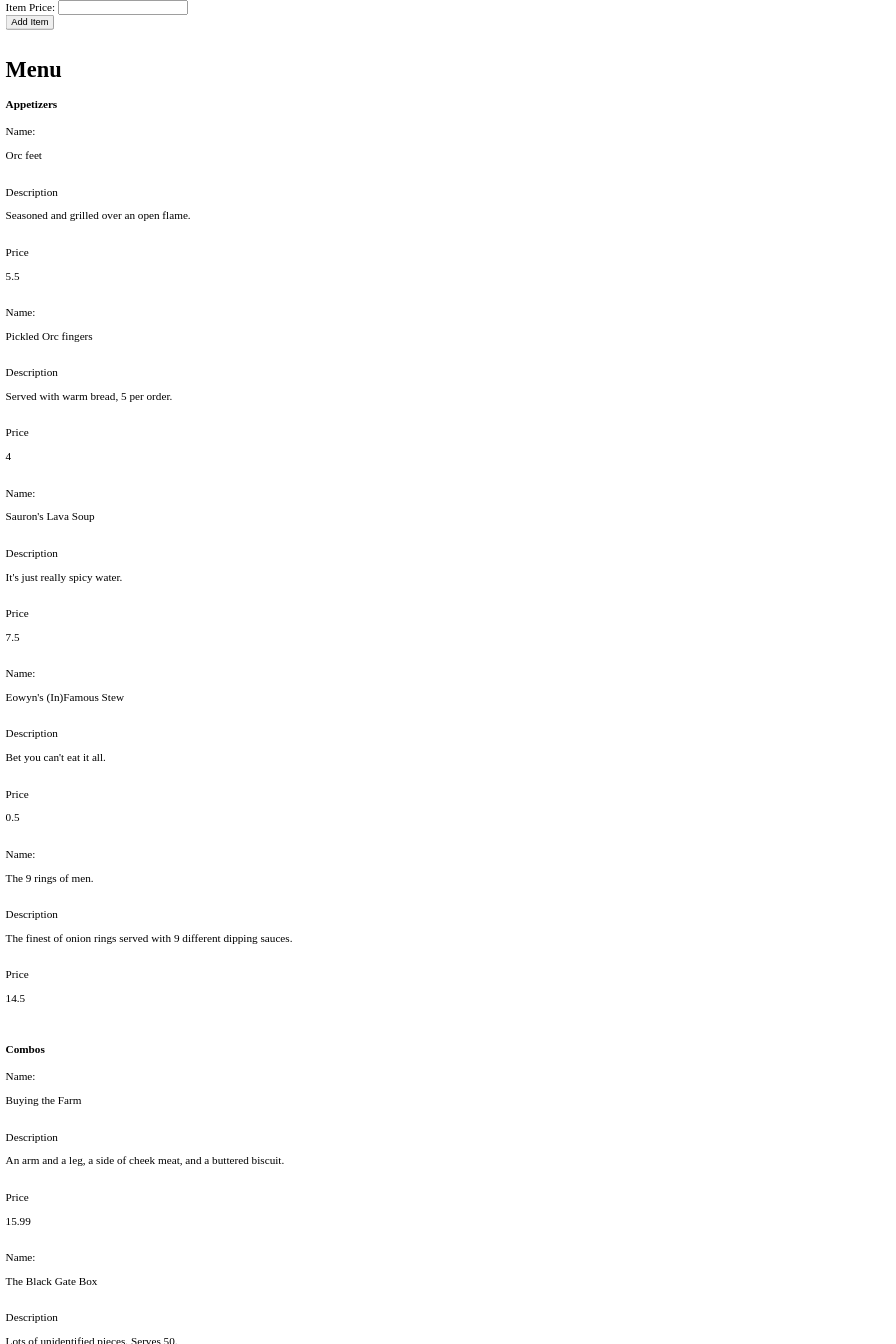
Repository: hudaali14/Carleton
Page: http://localhost/restaurants/0
The author's editor kept a copy of each file at every save. The page is drawn from the files as they stood at one save, then again after the next save.
The browser window is 1280 px wide. The pictures show the part of the page from y = 556 to 2476 px (the page is 4476 px tall before and 3680 px after), at 70% of full size.
The page is served by the project's Node server (server.js).

Above is the page before, as saved 2020-03-12 18:35:55.

### 2406/Assignments/Assignment3 (100)/views/pages/restaurantpage.pug
html
    head
        title  You Want Food?
body
    include ../partials/header

    h1 Restaurant Info
    p Restaurant ID: #{restaurant.id}
    | Restaurant Name:
    input(type= "text", id="restaurantnamepage", value = restaurant.name)
    br
    br
    | Restaurant Min Order:
    input(type= "text", id="restaurantname", value = restaurant.min_order)
    br
    br
    | Delivery Fee:
    input(type= "text", id="restaurantname", value = restaurant.delivery_fee)
    br
    br

    h1 Add Category:
    br
    | Category Name:
    input(type= "text", id="restaurantname")
    br

    button(type="button", id="submitbutton") Add Category


    h1 Add Item:
    br
    | Select Category:
    - let menu = Object.keys(restaurant.menu);
    select
        each category in menu
            option=category
    br
    | Item Name:
    input(type= "text", id="restaurantnamepage")
    br
    | Item Description:
    input(type= "text", id="restaurantname")
    br
    | Item Price:
    input(type= "text", id="restaurantname")
    br
    button(type="button", id="additembutton") Add Item
    br
    br

    h1 Menu

    each category in menu
        h4 #{category}
        - let items = Object.keys(restaurant.menu[category])
        each id in items
            - let item = restaurant.menu[category][id];
            | Name:
            p #{item.name}
            br
            | Description
            p #{item.description}
            br
            | Price
            p #{item.price}
            br

### 2406/Assignments/Assignment3 (100)/views/partials/header.pug
div#header
	a(href="/") Home
	|
	a(href="/addrestaurant") Add Restuarant
	|
	a(href="/restaurants") Browse Restaurants
	|

### 2406/Assignments/Assignment3 (100)/server.js
const express = require('express');
const fs = require("fs");
let app = express();


app.set("view engine", "pug");
app.use(express.json())

// app.use(bodyParser.json());
// app.use(bodyParser.urlencoded({ extended: true }));

let restaurants = [];
let restaurantNames = {names: []};
let restaurantIDs = {restaurants: []};
let id = 0;

//Reads all files in restaurant directory
fs.readdir("./restaurants/", function(err, filenames) {
    if (err) {
        response.statusCode = 500;
        response.end("Error reading file.");
        return;
    }
    filenames.forEach(function(filename) {
        fs.readFile("./restaurants/" + filename, 'utf-8', function(err, content) {
            if (err) {
                response.statusCode = 500;
                response.end("Error reading file.");
                return;
			}
            //Saves files to restaurant array
            let res = JSON.parse(content);
			restaurants[res.id] = res;
			//Saves names in restuarantNames array
            restaurantNames.names.push({name: restaurants[res.id].name, id: restaurants[res.id].id});
            restaurantIDs.restaurants.push(restaurants[res.id].id);
            id++;
		});
    });
});

app.get("/", setPage);
app.get("/restaurants", getRestaurants);
app.get("/addrestaurant", addRestaurant);
app.get("/client.js", getClient);
app.get("/restaurants/:restID", getRestaurantId);
app.post("/restaurants", createRestaurant);


function setPage(req, res, next){
    res.format({
        "text/html": function(){
            res.status(200).render("pages/home");
        }
    });
}

function getRestaurants(req, res, next){
    res.format({
        "text/html": function(){
            res.status(200).render("pages/restaurants", {restaurantNames: restaurantNames.names});
        },
        "application/json": function(){
            res.status(200).json(restaurantIDs);
        }
    });
}

function addRestaurant(req, res, next){
    res.format({
        "text/html": function(){
            res.status(200).render("pages/addrestaurant");
        }
    });
}

function getClient(req, res, next){
    fs.readFile("client.js", function(err, data){
        if(err){
            res.statusCode = 500;
            res.end("Error reading file.");
            return;
        }
        res.status(200).send(data);
        return;
    });
}

function createRestaurant(req, res, next){
    res.format({
        "application/json": function(){
            let restaurant = {};
            restaurant.id = id;
            id++;
            restaurant.name = req.body.name;
            restaurant.delivery_fee = parseInt(req.body.delivery_fee);
            restaurant.min_order= parseInt(req.body.min_order);
            restaurant.menu = {};
            restaurants[restaurant.id] = restaurant;
            res.status(200).json(restaurant);

        }
    });
}

function getRestaurantId(req, res, next){
    let resid = req.url.split("/");
    res.format({
        "text/html": function(){
            res.status(200).render("pages/restaurantpage", {restaurant: restaurants[resid[2]]});
        },
        "application/json": function(){
            res.status(200).json(restaurants[resid[2]]);
        }
    });
}

app.listen(3000);
console.log("Server listening at http://localhost:3000");

### 2406/Assignments/Assignment3 (100)/restaurants/aragorn.json
{
  "id": 0,
  "name": "Aragorn's Orc BBQ",
  "min_order": 20,
  "delivery_fee": 5,
  "menu": {
    "Appetizers": {
      "0": {
        "name": "Orc feet",
        "description": "Seasoned and grilled over an open flame.",
        "price": 5.5
      },
      "1": {
        "name": "Pickled Orc fingers",
        "description": "Served with warm bread, 5 per order.",
        "price": 4
      },
      "2": {
        "name": "Sauron's Lava Soup",
        "description": "It's just really spicy water.",
        "price": 7.5
      },
      "3": {
        "name": "Eowyn's (In)Famous Stew",
        "description": "Bet you can't eat it all.",
        "price": 0.5
      },
      "4": {
        "name": "The 9 rings of men.",
        "description": "The finest of onion rings served with 9 different dipping sauces.",
        "price": 14.5
      }
    },
    "Combos": {
      "5": {
        "name": "Buying the Farm",
        "description": "An arm and a leg, a side of cheek meat, and a buttered biscuit.",
        "price": 15.99
      },
      "6": {
        "name": "The Black Gate Box",
        "description": "Lots of unidentified pieces. Serves 50.",
        "price": 65
      },
      "7": {
        "name": "Mount Doom Roast Special with Side of Precious Onion Rings.",
        "description": "Smeagol's favorite.",
        "price": 15.75
      },
      "8": {
        "name": "Morgoth's Scorched Burgers with Chips",
        "description": "Blackened beyond recognition.",
        "price": 13.33
      },
      "10": {
        "name": "Slab of Lurtz Meat with Greens.",
        "description": "Get it while supplies last.",
        "price": 17.5
      },
      "11": {
        "name": "Rangers Field Feast.",
        "description": "Is it chicken? Is it rabbit? Or...",
        "price": 5.99
      }
    },
    "Drinks": {
      "12": {
        "name": "Orc's Blood Mead",
        "description": "It's actually raspberries - Orc's blood would be gross.",
        "price": 5.99
      },
      "13": {
        "name": "Gondorian Grenache",
        "description": "A fine rose wine.",
        "price": 7.99
      },
      "14": {
        "name": "Mordor Mourvedre",
        "description": "A less-fine rose wine.",
        "price": 5.99
      }
    }
  }
}

### 2406/Assignments/Assignment3 (100)/restaurants/frodo.json
{
  "id": 2,
  "name": "Frodo's Flapjacks",
  "min_order": 35,
  "delivery_fee": 6,
  "menu": {
    "Breakfast": {
      "0": {
        "name": "Hobbit Hash",
        "description": "Five flapjacks, potatoes, leeks, garlic, cheese.",
        "price": 9
      },
      "1": {
        "name": "The Full Flapjack Breakfast",
        "description": "Eight flapjacks, two sausages, 3 eggs, 4 slices of bacon, beans, and a coffee.",
        "price": 14
      },
      "2": {
        "name": "Southfarthing Slammer",
        "description": "15 flapjacks and 2 pints of syrup.",
        "price": 12
      }
    },
    "Second Breakfast": {
      "3": {
        "name": "Beorning Breakfast",
        "description": "6 flapjacks smothers in honey.",
        "price": 7.5
      },
      "4": {
        "name": "Shire Strawberry Special",
        "description": "6 flapjacks and a hearty serving of strawberry jam.",
        "price": 8
      },
      "5": {
        "name": "Buckland Blackberry Breakfast",
        "description": "6 flapjacks covered in fresh blackberries. Served with a large side of sausage.",
        "price": 14.99
      }
    },
    "Elevenses": {
      "6": {
        "name": "Lembas",
        "description": "Three pieces of traditional Elvish Waybread",
        "price": 7.7
      },
      "7": {
        "name": "Muffins of the Marish",
        "description": "A variety of 8 different types of muffins, served with tea.",
        "price": 9
      },
      "8": {
        "name": "Hasty Hobbit Hash",
        "description": "Potatoes with onions and cheese. Served with coffee.",
        "price": 5
      }
    },
    "Luncheon": {
      "9": {
        "name": "Shepherd's Pie",
        "description": "A classic. Includes 3 pies.",
        "price": 15.99
      },
      "10": {
        "name": "Roast Pork",
        "description": "An entire pig slow-roasted over a fire.",
        "price": 27.99
      },
      "11": {
        "name": "Fish and Chips",
        "description": "Fish - fried. Chips - nice and crispy.",
        "price": 5.99
      }
    },
    "Afternoon Tea": {
      "12": {
        "name": "Tea",
        "description": "Served with sugar and cream.",
        "price": 3
      },
      "13": {
        "name": "Coffee",
        "description": "Served with sugar and cream.",
        "price": 3.5
      },
      "14": {
        "name": "Cookies and Cream",
        "description": "A dozen cookies served with a vat of cream.",
        "price": 15.99
      },
      "15": {
        "name": "Mixed Berry Pie",
        "description": "Fresh baked daily.",
        "price": 7
      }
    },
    "Dinner": {
      "16": {
        "name": "Po-ta-to Platter",
        "description": "Boiled. Mashed. Stuck in a stew.",
        "price": 6
      },
      "17": {
        "name": "Bree and Apple",
        "description": "One wheel of brie with slices of apple.",
        "price": 7.99
      },
      "18": {
        "name": "Maggot's Mushroom Mashup",
        "description": "It sounds disgusting, but its pretty good",
        "price": 6.5
      },
      "19": {
        "name": "Fresh Baked Bread",
        "description": "A whole loaf of the finest bread the Shire has to offer.",
        "price": 6
      },
      "20": {
        "name": "Pint of Ale",
        "description": "Yes, it comes in pints.",
        "price": 5
      }
    },
    "Supper": {
      "21": {
        "name": "Sausage Sandwich",
        "description": "Six whole sausages served on a loaf of bread. Covered in onions, mushrooms and gravy.",
        "price": 15.99
      },
      "22": {
        "name": "Shire Supper",
        "description": "End the day as you started it, with a dozen flapjacks, 5 eggs, 3 sausages, 7 pieces of bacon, and a pint of ale.",
        "price": 37.99
      }
    }
  }
}

### 2406/Assignments/Assignment3 (100)/restaurants/legolas.json
{
  "id": 1,
  "name": "Lembas by Legolas",
  "min_order": 15,
  "delivery_fee": 3.99,
  "menu": {
    "Lembas": {
      "0": {
        "name": "Single",
        "description": "One piece of lembas.",
        "price": 3
      },
      "1": {
        "name": "Double",
        "description": "Two pieces of lembas.",
        "price": 5.5
      },
      "2": {
        "name": "Triple",
        "description": "Three pieces, which should be more than enough.",
        "price": 8
      }
    },
    "Combos": {
      "3": {
        "name": "Second Breakfast",
        "description": "Two pieces of lembas with honey.",
        "price": 7.5
      },
      "4": {
        "name": "There and Back Again",
        "description": "All you need for a long journey - 6 pieces of lembas, salted pork, and a flagon of wine.",
        "price": 25.99
      },
      "5": {
        "name": "Best Friends Forever",
        "description": "Lembas and a heavy stout.",
        "price": 6.6
      }
    }
  }
}

After the next save:
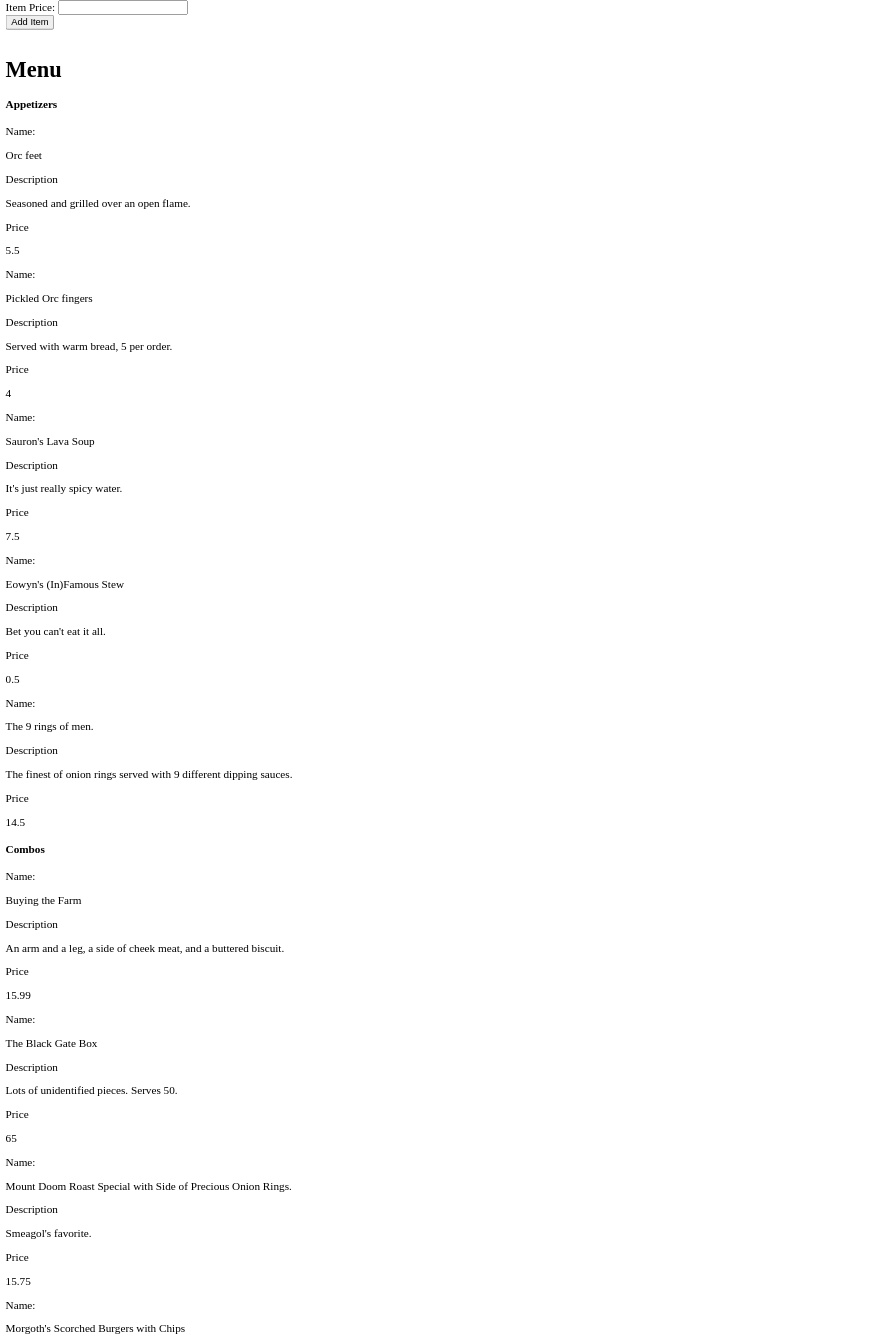
Saved 21 s later.
--- a/2406/Assignments/Assignment3 (100)/views/pages/restaurantpage.pug
+++ b/2406/Assignments/Assignment3 (100)/views/pages/restaurantpage.pug
@@ -58,10 +58,7 @@ body
             - let item = restaurant.menu[category][id];
             | Name:
             p #{item.name}
-            br
             | Description
             p #{item.description}
-            br
             | Price
             p #{item.price}
-            br
